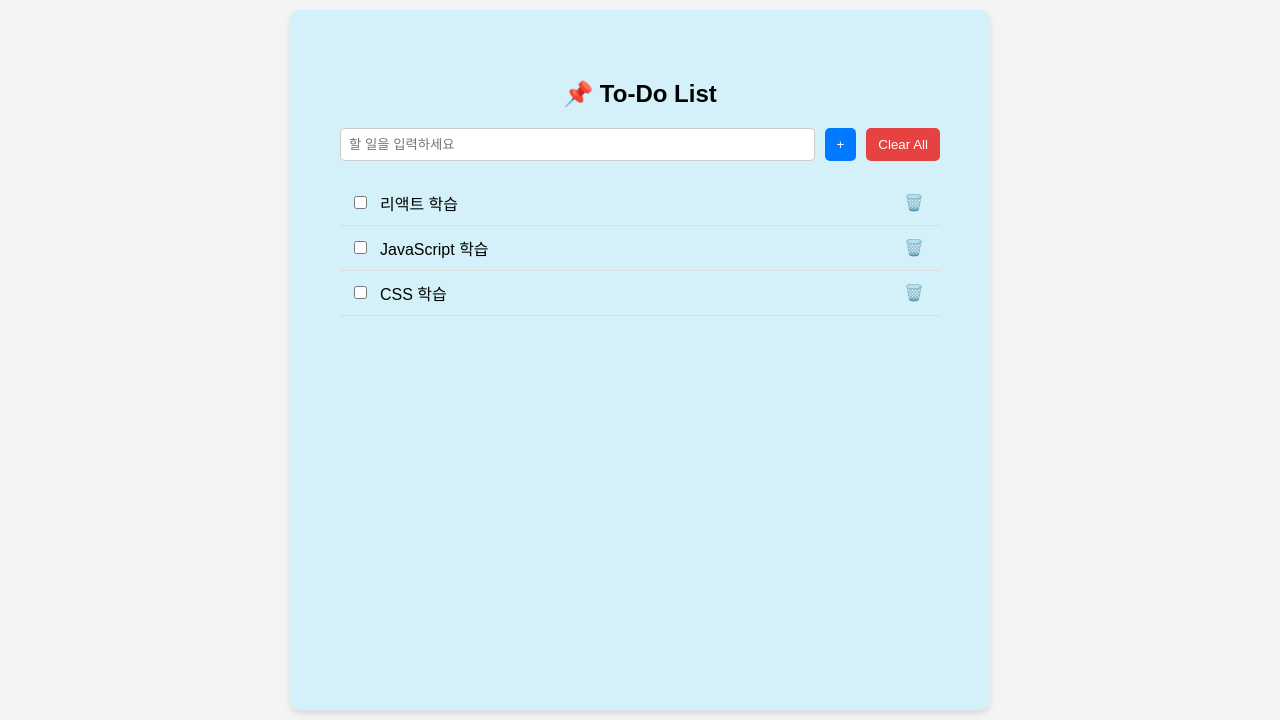
Repository: jongheonleee/todo-list
Page: /
The author's editor kept a copy of each file at every save. The page is drawn from the files as they stood at one save, then again after the next save.
The browser window is 1280 px wide. The pictures show the whole page.
The project was rebuilt for these pictures with package versions that can differ from the ones it lists, and the page was loaded fresh each time.

Above is the page before, as saved 2025-02-20 13:23:25.

After the next save:
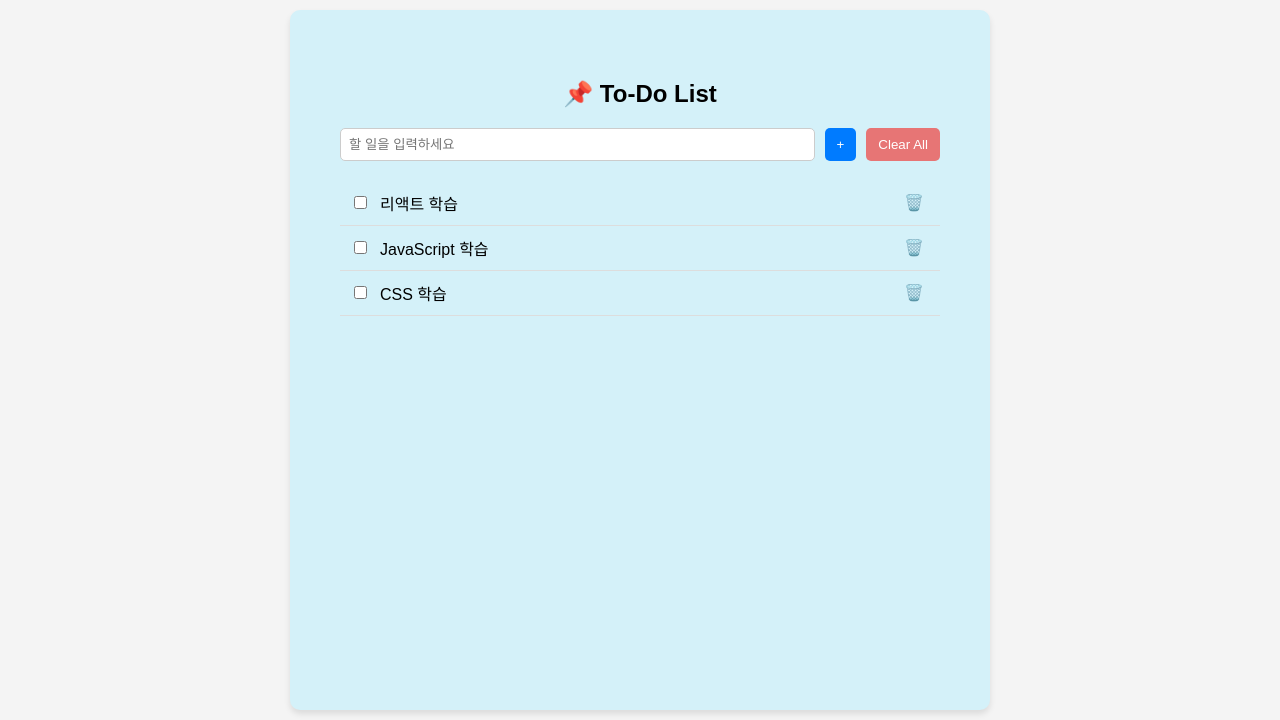
Saved 19 s later.
--- a/src/components/InputForm.css
+++ b/src/components/InputForm.css
@@ -24,7 +24,7 @@ input[type="text"] {
 }
 
 .clear-btn {
-    background: rgb(231, 66, 66);
+    background: rgb(231, 117, 117);
     color: white;
     border: none;
     padding: 8px 12px;
@@ -33,5 +33,5 @@ input[type="text"] {
 }
 
 .clear-btn:hover {
-    background: rgb(231, 117, 117);
+    background: rgb(231, 66, 66);
 }
